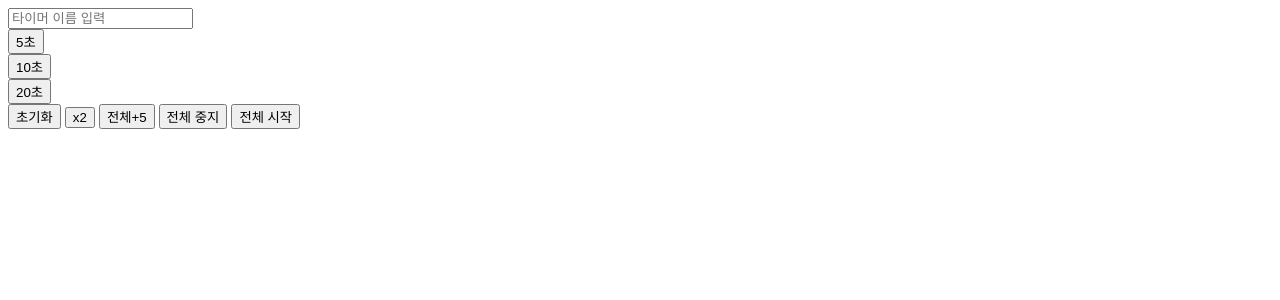
Repository: IT-magician/JS-Practice-Mission2
Page: index.html
These files come from the project's save history. The page is drawn as it stood at one moment and after the next save; the edit follows.
The browser window is 1280 px wide. The pictures show the whole page.

Above is the page before, as saved 2023-11-15 19:02:25.

After the next save:
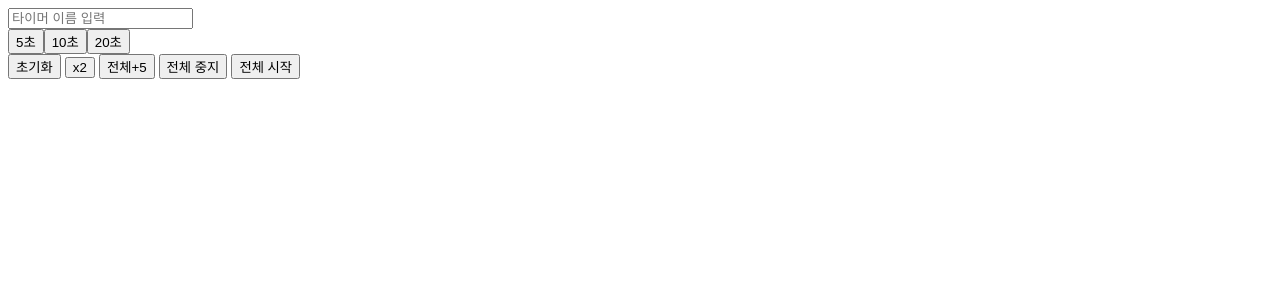
Saved 8 s later.
--- a/index.html
+++ b/index.html
@@ -7,7 +7,7 @@
 
     <style>
       .input * {
-        display: block;
+        display: flex;
       }
     </style>
   </head>
